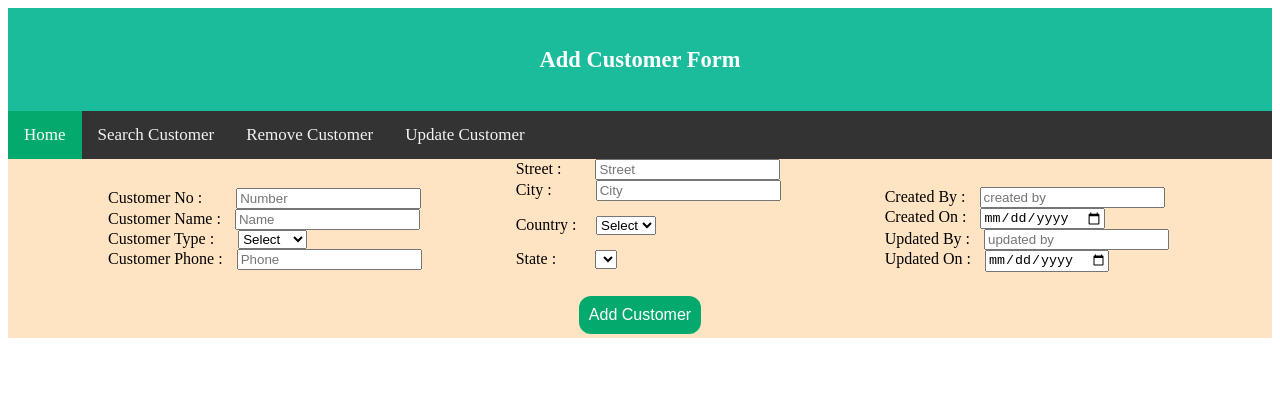
Repository: ParamMalik/Project-1
Page: http://localhost/projectcustomer/addcustomer.jsp
These files come from the project's save history. The page is drawn as it stood at one moment and after the next save; the edit follows.
The browser window is 1280 px wide. The pictures show the whole page.
The page is served by Tomcat 9. Other server files are loaded and not shown. The template is opened directly, without the code that normally fills it, so the values that code supplies are empty.

Above is the page before, as saved 2021-12-06 13:22:00.

### Trantor Project 1/projectcustomer/src/main/webapp/addcustomer.jsp
<%@ page language="java" contentType="text/html; charset=ISO-8859-1"
	pageEncoding="ISO-8859-1"%>
<%@ taglib uri="http://java.sun.com/jsp/jstl/core" prefix="c"%>
<%@ page isELIgnored="false"%>

<!DOCTYPE html>
<html>
<head>
<meta charset="ISO-8859-1">
<link rel="stylesheet" href="index.css">

<script>
function populate(s1,s2){
	var s1 = document.getElementById(s1);
	var s2 = document.getElementById(s2);
	s2.innerHTML = "";
	if(s1.value == "India"){
		var optionArray = ["|","camaro|Camaro","corvette|Corvette","impala|Impala"];
	} else if(s1.value == "Dodge"){
		var optionArray = ["|","avenger|Avenger","challenger|Challenger","charger|Charger"];
	} else if(s1.value == "Ford"){
		var optionArray = ["|","mustang|Mustang","shelby|Shelby"];
	}
	for(var option in optionArray){
		var pair = optionArray[option].split("|");
		var newOption = document.createElement("option");
		newOption.value = pair[0];
		newOption.innerHTML = pair[1];
		s2.options.add(newOption);
	}
}
</script>



<title>Add Customer</title>
</head>
<body>

	<div class="header">
		<h2>Add Customer Form</h2>

	</div>
	<div class="topnav">
		<a class="active" href="welcome">Home</a> <a href="search">Search
			Customer</a> <a href="remove">Remove Customer</a> <a href="update">Update
			Customer</a>


	</div>
	<div class="bodydiv">
		<form action="add" method="post">


			<div class="leftbox">
				<div>
					<label id="labelmargin" style="margin-right: 30px;">Customer
						No : </label><input id="inputdefault" type="text" name="customerNo"
						placeholder="Number" required="required">
				</div>
				<div>
					<label id="labelmargin">Customer Name : </label><input
						id="inputdefault" type="text" name="customerName"
						placeholder="Name" required="required">
				</div>
				<div>
					<label id="labelmargin" style="margin-right: 20px;">Customer
						Type : </label> <select name="customerType" id="inputdefault"
						placeholder="Type">
						<option value="none">Select</option>
						<option value="new">New</option>
						<option value="regular">Regular</option>

					</select>
				</div>
				<div>
					<label id="labelmargin">Customer Phone : </label><input
						id="inputdefault" type="text" name="customerPhone"
						placeholder="Phone" required="required">
				</div>
			</div>
			<div class="centerbox">
				<div>
					<label id="centermargin">Street : </label><input id="inputdefault"
						type="text" name="street" placeholder="Street">
				</div>
				<div>
					<label id="centermargin" style="margin-right: 40px;">City :
					</label><input id="inputdefault" type="text" name="city" placeholder="City">
				</div>

				<div>

					<label id="centermargin" style="margin-right: 15px;">Country
						: </label> <select id="country" name="country" class="company"
						onchange="populate(this.id,'inputdef')">
						<option>Select</option>
						<option value="India">India</option>
						<c:forEach var="listValue" items="${countryList}">

							<option>${listValue.countryName}</option>

							<br>
						</c:forEach>


					</select>

				</div>

				<div>
					<label id="centermargin" style="margin-right: 35px;">State
						: </label><select id="inputdef" name="state" >


					</select>
				</div>





			</div>
			<div class="rightbox">
				<div>
					<label id="labelmargin">Created By : </label><input
						id="inputdefault" type="text" name="createdBy"
						placeholder="created by">
				</div>
				<div>
					<label id="labelmargin">Created On : </label><input
						id="inputdefault" type="date" name="createdOn">
				</div>
				<div>
					<label id="labelmargin">Updated By : </label><input
						id="inputdefault" type="text" name="updatedBy"
						placeholder="updated by">
				</div>
				<div>
					<label id="labelmargin">Updated On : </label><input
						id="inputdefault" type="date" name="updatedOn">
				</div>


			</div>
			<div id="button">
				<button class="button button1" type="submit">Add Customer</button>
			</div>




		</form>


	</div>

</body>
</html>

### Trantor Project 1/projectcustomer/src/main/webapp/index.css
@charset "ISO-8859-1";

.rightbox,.leftbox,.centerbox {

    display: inline-block;
    flex-wrap: wrap;

    justify-content: center;



}
.leftbox{
    margin: auto;
}
#labelmargin{
    margin-left: 100px;
    margin-right: 10px ;
}

#centermargin{
    margin-left: 90px;
    margin-right: 30px;

}



#country {
   margin-left: 5;
    margin-top: 15px;
    margin-bottom: 15px;
    text-align: center;
  }

 #state {
   margin-left: 5;
    margin-top: 15px;
    margin-bottom: 15px;
    text-align: center;
  }

#button{
    margin-top: 20px;
    margin-bottom: auto;
    text-align: center;
}

.button {
    background-color: #04AA6D; /* Green */
    border: none;
    color: white;
    padding: 10px;
    text-align: center;
    text-decoration: none;
    display: inline-block;
    font-size: 16px;
    margin: 4px 2px;
    cursor: pointer;
  }

  .button1 {border-radius: 12px;}

.header {
    padding: 20px;
    text-align: center;
    background: #1abc9c;
    color: white;
    font-size: 15px;
  }

.bodydiv{
    background-color: bisque;
}

#button{
    justify-content: center;

}




.topnav {

    background-color: #333;
    overflow: hidden;
  }

  /* Style the links inside the navigation bar */
  .topnav a {

    float: left;
    color: #f2f2f2;
    text-align: center;
    padding: 14px 16px;
    text-decoration: none;
    font-size: 17px;
  }

  /* Change the color of links on hover */
  .topnav a:hover {
    background-color: #ddd;
    color: black;
  }

  /* Add a color to the active/current link */
  .topnav a.active {
    background-color: #04AA6D;
    color: white;
  }

After the next save:
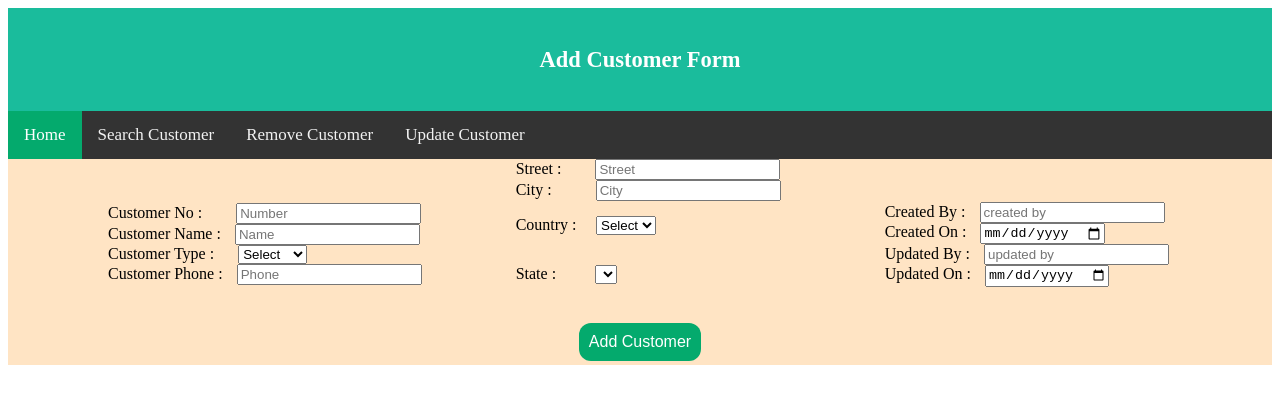
Saved 6 s later.
--- a/Trantor Project 1/projectcustomer/src/main/webapp/addcustomer.jsp
+++ b/Trantor Project 1/projectcustomer/src/main/webapp/addcustomer.jsp
@@ -110,7 +110,7 @@ function populate(s1,s2){
 
 				<div>
 					<label id="centermargin" style="margin-right: 35px;">State
-						: </label><select id="inputdef" name="state" >
+						: </label><select id="state" name="state" >
 
 
 					</select>
